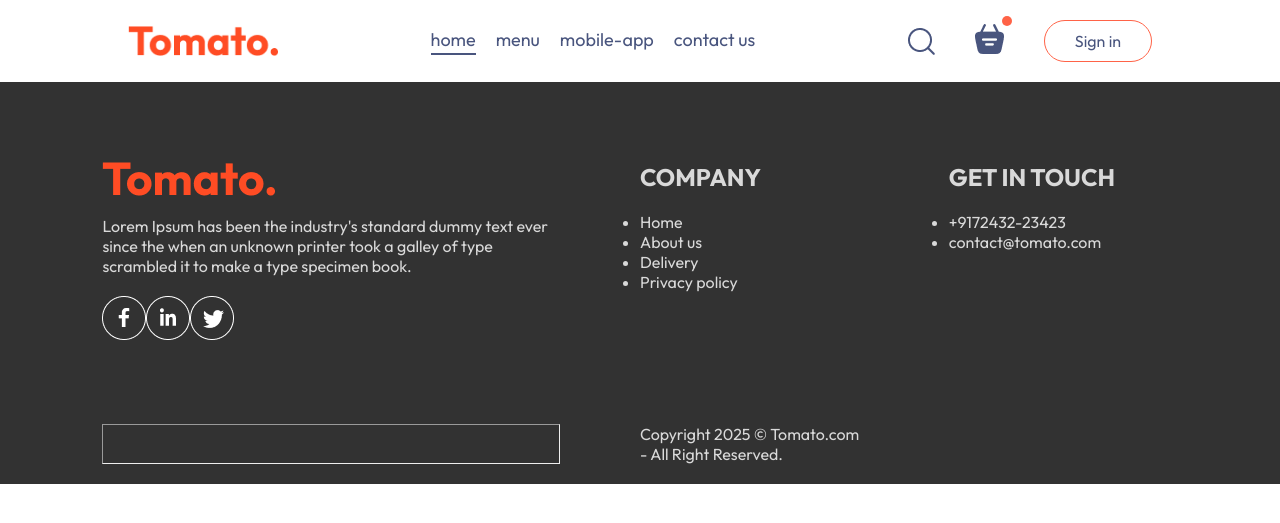
Repository: KartikChouhan03/food-delivery-app
Page: /order (app in frontend/)
These files come from the project's save history. The page is drawn as it stood at one moment and after the next save; the edit follows.
The browser window is 1280 px wide. The pictures show the whole page.
Some web fonts or font styles are not loaded; a fallback is used. The project was rebuilt for these pictures with package versions that can differ from the ones it lists, and the page was loaded fresh each time. Also part of the build but not shown: frontend/vite.config.js, frontend/src/components/Header/Header.css, frontend/src/components/Header/Header.jsx, frontend/src/components/ExploreMenu/ExploreMenu.css, frontend/src/components/ExploreMenu/ExploreMenu.jsx, frontend/src/components/FoodDisplay/FoodDisplay.css, frontend/src/components/FoodItem/FoodItem.css, frontend/src/components/FoodItem/FoodItem.jsx and 5 more.

Above is the page before, as saved 2025-08-16 11:06:45.

### frontend/index.html
<!doctype html>
<html lang="en">
  <head>
    <meta charset="UTF-8" />
    <link rel="icon" type="image/svg+xml" href="" />
    <meta name="viewport" content="width=device-width, initial-scale=1.0" />
    <title>Foodify</title>
  </head>
  <body>
    <div id="root"></div>
    <script type="module" src="/src/main.jsx"></script>
  </body>
</html>

### frontend/src/main.jsx
import { createRoot } from 'react-dom/client'
import './index.css'
import App from './App.jsx'
import { BrowserRouter} from 'react-router-dom'
import StoreContextProvider from './context/StoreContext.jsx'


createRoot(document.getElementById('root')).render(
  <BrowserRouter>
    <StoreContextProvider>
      <App />
    </StoreContextProvider>
  </BrowserRouter>


)

### frontend/src/index.css

@import url('https://fonts.googleapis.com/css2?family=Montserrat:ital,wght@0,100..900;1,100..900&family=Outfit:wght@100..900&family=Playfair+Display:ital,wght@0,400..900;1,400..900&display=swap');


*{
  padding: 0;
  margin: 0;
  box-sizing: border-box;
  font-family: Outfit;
}

body{
  min-height: 100vh;
}

a{
  text-decoration: none;
  color: inherit;
}

.app{
  width: 80%;
  margin: auto;
}

@keyframes fadeIn{
  0%{
    opacity: 0;
  }
  100%{
    opacity: 1;
  }
}

### frontend/src/App.jsx
import React from 'react'
import Navbar from './components/Navbar/Navbar'
import { Route, Routes } from 'react-router-dom'
import Home from './pages/Home/Home'
import Cart from './pages/Cart/Cart'
import PlaceOrder from './pages/PlaceOrder/PlaceOrder'
import Footer from './components/Footer/Footer'


const App = () => {
  return (
    <>
      <div className='app'>
        <Navbar/>
        <Routes>
          <Route path="/" element={<Home />} />
          <Route path="/cart" element={<Cart />} />
          <Route path="/order" element={<PlaceOrder/>} />
        </Routes>
      </div>
      <Footer/>
    </>

  )
}

export default App

### frontend/src/context/StoreContext.jsx
import { createContext, useEffect, useState } from "react";
import { food_list } from "../assets/assets";


export const StoreContext = createContext(null)

const StoreContextProvider = (props) =>{

    const [cartItems, setCartItems] = useState({});

    const addToCart =(itemId)=>{
        if(!cartItems[itemId]){
            setCartItems((prev)=>({...prev,[itemId]:1}))
        }
        else{
            setCartItems((prev)=>({...prev,[itemId]:prev[itemId]+1}))
        }
    }

    const removeFromCart =(itemId) =>{
        setCartItems((prev)=>({...prev,[itemId]:prev[itemId]-1}))
    }

    useEffect(()=>{
        console.log(cartItems);
    },[cartItems])


    const contextValue = {
        food_list,
        cartItems,
        setCartItems,
        addToCart,
        removeFromCart,
    }



    return (
        <StoreContext.Provider value ={contextValue}>
            {props.children}
        </StoreContext.Provider>
    )

}

export default StoreContextProvider;

### frontend/src/components/Navbar/Navbar.jsx
import React, { useState } from 'react'
import './Navbar.css'
import {assets} from '../../assets/assets.js'


const Navbar = () => {

  const [menu,setMenu] = useState("home");


  return (
    <div className='navbar'>
      <img className='logo' src={assets.logo} alt="" />
      <ul className='navbar-menu'>
        <li onClick={()=>setMenu("home")} className={menu==="home"?"active":""}>home</li>
        <li onClick={()=>setMenu("menu")} className={menu==="menu"?"active":""}>menu</li>
        <li onClick={()=>setMenu("mobile-app")} className={menu==="mobile-app"?"active":""}>mobile-app</li>
        <li onClick={()=>setMenu("contact-us")} className={menu==="contact-us"?"active":""}>contact us</li>
      </ul>
      <div className="navbar-right">
        <img src={assets.search_icon} alt="" />
        <div className='navbar-search-icon'>
          <img src={assets.basket_icon} alt="" />
          <div className='dot'></div>
        </div>
        <button>Sign in</button>
      </div>
    </div>
  )
}

export default Navbar

### frontend/src/components/Footer/Footer.jsx
import React from 'react'
import './Footer.css'
import { assets } from '../../assets/assets'

const Footer = () => {
  return (
    <div className='footer' id='footer'>
      <div className="footer-content">
        <div className="footer-content-left">
            <img src={assets.logo} alt="" />
            <p>Lorem Ipsum has been the industry's standard dummy text ever since the when an unknown printer took a galley of type scrambled it to make a type specimen book.</p>
            <div className="footer-social-icons">
                <img src={assets.facebook_icon} alt="" />
                <img src={assets.linkedin_icon} alt="" />
                <img src={assets.twitter_icon} alt="" />
            </div>
        </div>
        <div className='footer-content-center'>
            <h2>COMPANY</h2>
            <ul>
                <li>Home</li>
                <li>About us</li>
                <li>Delivery</li>
                <li>Privacy policy</li>
            </ul>
        </div>
        <div className="footer-content-right">
            <h2>GET IN TOUCH</h2>
            <ul>
                <li>+9172432-23423</li>
                <li>contact@tomato.com</li>
            </ul>
        </div>
        <hr />
        <p className='footer-copyright'>Copyright 2025 © Tomato.com - All Right Reserved.</p>
      </div>
    </div>
  )
}

export default Footer

### frontend/src/assets/assets.js
import basket_icon from './basket_icon.png'
import logo from './logo.png'
import header_img from './header_img.png'
import search_icon from './search_icon.png'
import menu_1 from './menu_1.png'
import menu_2 from './menu_2.png'
import menu_3 from './menu_3.png'
import menu_4 from './menu_4.png'
import menu_5 from './menu_5.png'
import menu_6 from './menu_6.png'
import menu_7 from './menu_7.png'
import menu_8 from './menu_8.png'

import food_1 from './food_1.png'
import food_2 from './food_2.png'
import food_3 from './food_3.png'
import food_4 from './food_4.png'
import food_5 from './food_5.png'
import food_6 from './food_6.png'
import food_7 from './food_7.png'
import food_8 from './food_8.png'
import food_9 from './food_9.png'
import food_10 from './food_10.png'
import food_11 from './food_11.png'
import food_12 from './food_12.png'
import food_13 from './food_13.png'
import food_14 from './food_14.png'
import food_15 from './food_15.png'
import food_16 from './food_16.png'
import food_17 from './food_17.png'
import food_18 from './food_18.png'
import food_19 from './food_19.png'
import food_20 from './food_20.png'
import food_21 from './food_21.png'
import food_22 from './food_22.png'
import food_23 from './food_23.png'
import food_24 from './food_24.png'
import food_25 from './food_25.png'
import food_26 from './food_26.png'
import food_27 from './food_27.png'
import food_28 from './food_28.png'
import food_29 from './food_29.png'
import food_30 from './food_30.png'
import food_31 from './food_31.png'
import food_32 from './food_32.png'

import add_icon_white from './add_icon_white.png'
import add_icon_green from './add_icon_green.png'
import remove_icon_red from './remove_icon_red.png'
import app_store from './app_store.png'
import play_store from './play_store.png'
import linkedin_icon from './linkedin_icon.png'
import facebook_icon from './facebook_icon.png'
import twitter_icon from './twitter_icon.png'
import cross_icon from './cross_icon.png'
import selector_icon from './selector_icon.png'
import rating_starts from './rating_starts.png'
import profile_icon from './profile_icon.png'
import bag_icon from './bag_icon.png'
import logout_icon from './logout_icon.png'
import parcel_icon from './parcel_icon.png'

export const assets = {
    logo,
    basket_icon,
    header_img,
    search_icon,
    rating_starts,
    add_icon_green,
    add_icon_white,
    remove_icon_red,
    app_store,
    play_store,
    linkedin_icon,
    facebook_icon,
    twitter_icon,
    cross_icon,
    selector_icon,
    profile_icon,
    logout_icon,
    bag_icon,
    parcel_icon
}

export const menu_list = [
    {
        menu_name: "Salad",
        menu_image: menu_1
    },
    {
        menu_name: "Rolls",
        menu_image: menu_2
    },
    {
        menu_name: "Deserts",
        menu_image: menu_3
    },
    {
        menu_name: "Sandwich",
        menu_image: menu_4
    },
    {
        menu_name: "Cake",
        menu_image: menu_5
    },
    {
        menu_name: "Pure Veg",
        menu_image: menu_6
    },
    {
        menu_name: "Pasta",
        menu_image: menu_7
    },
    {
        menu_name: "Noodles",
        menu_image: menu_8
    }]

export const food_list = [
    {
        _id: "1",
        name: "Greek salad",
        image: food_1,
        price: 12,
        description: "Food provides essential nutrients for overall health and well-being",
        category: "Salad"
    },
    {
        _id: "2",
        name: "Veg salad",
        image: food_2,
        price: 18,
        description: "Food provides essential nutrients for overall health and well-being",
        category: "Salad"
    }, {
        _id: "3",
        name: "Clover Salad",
        image: food_3,
        price: 16,
        description: "Food provides essential nutrients for overall health and well-being",
        category: "Salad"
    }, {
        _id: "4",
        name: "Chicken Salad",
        image: food_4,
        price: 24,
        description: "Food provides essential nutrients for overall health and well-being",
        category: "Salad"
    }, {
        _id: "5",
        name: "Lasagna Rolls",
        image: food_5,
        price: 14,
        description: "Food provides essential nutrients for overall health and well-being",
        category: "Rolls"
    }, {
        _id: "6",
        name: "Peri Peri Rolls",
        image: food_6,
        price: 12,
        description: "Food provides essential nutrients for overall health and well-being",
        category: "Rolls"
    }, {
        _id: "7",
        name: "Chicken Rolls",
        image: food_7,
        price: 20,
        description: "Food provides essential nutrients for overall health and well-being",
        category: "Rolls"
    }, {
        _id: "8",
        name: "Veg Rolls",
        image: food_8,
        price: 15,
        description: "Food provides essential nutrients for overall health and well-being",
        category: "Rolls"
    }, {
        _id: "9",
        name: "Ripple Ice Cream",
        image: food_9,
        price: 14,
        description: "Food provides essential nutrients for overall health and well-being",
        category: "Deserts"
    }, {
        _id: "10",
        name: "Fruit Ice Cream",
        image: food_10,
        price: 22,
        description: "Food provides essential nutrients for overall health and well-being",
        category: "Deserts"
    }, {
        _id: "11",
        name: "Jar Ice Cream",
        image: food_11,
        price: 10,
        description: "Food provides essential nutrients for overall health and well-being",
        category: "Deserts"
    }, {
        _id: "12",
        name: "Vanilla Ice Cream",
        image: food_12,
        price: 12,
        description: "Food provides essential nutrients for overall health and well-being",
        category: "Deserts"
    },
    {
        _id: "13",
        name: "Chicken Sandwich",
        image: food_13,
        price: 12,
        description: "Food provides essential nutrients for overall health and well-being",
        category: "Sandwich"
    },
    {
        _id: "14",
        name: "Vegan Sandwich",
        image: food_14,
        price: 18,
        description: "Food provides essential nutrients for overall health and well-being",
        category: "Sandwich"
    }, {
        _id: "15",
        name: "Grilled Sandwich",
        image: food_15,
        price: 16,
        description: "Food provides essential nutrients for overall health and well-being",
        category: "Sandwich"
    }, {
        _id: "16",
        name: "Bread Sandwich",
        image: food_16,
        price: 24,
        description: "Food provides essential nutrients for overall health and well-being",
        category: "Sandwich"
    }, {
        _id: "17",
        name: "Cup Cake",
        image: food_17,
        price: 14,
        description: "Food provides essential nutrients for overall health and well-being",
        category: "Cake"
    }, {
        _id: "18",
        name: "Vegan Cake",
        image: food_18,
        price: 12,
        description: "Food provides essential nutrients for overall health and well-being",
        category: "Cake"
    }, {
        _id: "19",
        name: "Butterscotch Cake",
        image: food_19,
        price: 20,
        description: "Food provides essential nutrients for overall health and well-being",
        category: "Cake"
    }, {
        _id: "20",
        name: "Sliced Cake",
        image: food_20,
        price: 15,
        description: "Food provides essential nutrients for overall health and well-being",
        category: "Cake"
    }, {
        _id: "21",
        name: "Garlic Mushroom ",
        image: food_21,
        price: 14,
        description: "Food provides essential nutrients for overall health and well-being",
        category: "Pure Veg"
    }, {
        _id: "22",
        name: "Fried Cauliflower",
        image: food_22,
        price: 22,
        description: "Food provides essential nutrients for overall health and well-being",
        category: "Pure Veg"
    }, {
        _id: "23",
        name: "Mix Veg Pulao",
        image: food_23,
        price: 10,
        description: "Food provides essential nutrients for overall health and well-being",
        category: "Pure Veg"
    }, {
        _id: "24",
        name: "Rice Zucchini",
        image: food_24,
        price: 12,
        description: "Food provides essential nutrients for overall health and well-being",
        category: "Pure Veg"
    },
    {
        _id: "25",
        name: "Cheese Pasta",
        image: food_25,
        price: 12,
        description: "Food provides essential nutrients for overall health and well-being",
        category: "Pasta"
    },
    {
        _id: "26",
        name: "Tomato Pasta",
        image: food_26,
        price: 18,
        description: "Food provides essential nutrients for overall health and well-being",
        category: "Pasta"
    }, {
        _id: "27",
        name: "Creamy Pasta",
        image: food_27,
        price: 16,
        description: "Food provides essential nutrients for overall health and well-being",
        category: "Pasta"
    }, {
        _id: "28",
        name: "Chicken Pasta",
        image: food_28,
        price: 24,
        description: "Food provides essential nutrients for overall health and well-being",
        category: "Pasta"
    }, {
        _id: "29",
        name: "Buttter Noodles",
        image: food_29,
        price: 14,
        description: "Food provides essential nutrients for overall health and well-being",
        category: "Noodles"
    }, {
        _id: "30",
        name: "Veg Noodles",
        image: food_30,
        price: 12,
        description: "Food provides essential nutrients for overall health and well-being",
        category: "Noodles"
    }, {
        _id: "31",
        name: "Somen Noodles",
        image: food_31,
        price: 20,
        description: "Food provides essential nutrients for overall health and well-being",
        category: "Noodles"
    }, {
        _id: "32",
        name: "Cooked Noodles",
        image: food_32,
        price: 15,
        description: "Food provides essential nutrients for overall health and well-being",
        category: "Noodles"
    }
]

### frontend/src/components/Navbar/Navbar.css
.navbar{
    padding: 20px 0px;
    display: flex;
    justify-content: space-between;
    align-items: center;
}

.navbar .logo{
    width: 150px;
}

.navbar-menu{
    display: flex;
    list-style: none;
    gap: 20px;
    color: #49557e;
    font-size: 18px;
}

.navbar-right{
    display: flex;
    align-items: center;
    gap: 40px;
}

.navbar button{
    background: transparent;
    font-size: 16px;
    color: #49557e;
    border: 1px solid tomato;
    padding: 10px 30px;
    border-radius: 50px;
    cursor: pointer;
    transition: 0.4s;
}

.navbar button:hover{
    background-color: #fff4f2;
}

.navbar .active{
    padding-bottom: 2px;
    border-bottom: 2px solid #49557e;
}

.navbar li{
    cursor: pointer;
}

.navbar-search-icon {
    position: relative;
}

.navbar-search-icon .dot{
    position: absolute;
    min-width: 10px;
    min-height: 10px;
    background-color: tomato;
    border-radius:5px ;
    top: -8px;
    right: -8px;
}

### frontend/src/components/Footer/Footer.css
.footer{
    color: #d9d9d9;
    background-color: #323232;
    display: flex;
    flex-direction: column;
    align-items: center;
    gap: 20px;
    padding: 20px 8vw;
    padding-top: 80px ;

}

.footer-content{
    width: 100%;
    display: grid;
    grid-template-columns: 2fr 1fr 1fr;
    gap: 80px;
}

.footer-content-left, .footer-content-right, .footer-content-center{
    display: flex;
    flex-direction: column;
    align-items:start ;
    gap: 20px;
}

Loaded but not shown: frontend/src/pages/PlaceOrder/PlaceOrder.jsx (common file); frontend/src/pages/Home/Home.css (no stored copy; drawn as an empty file)

After the next save:
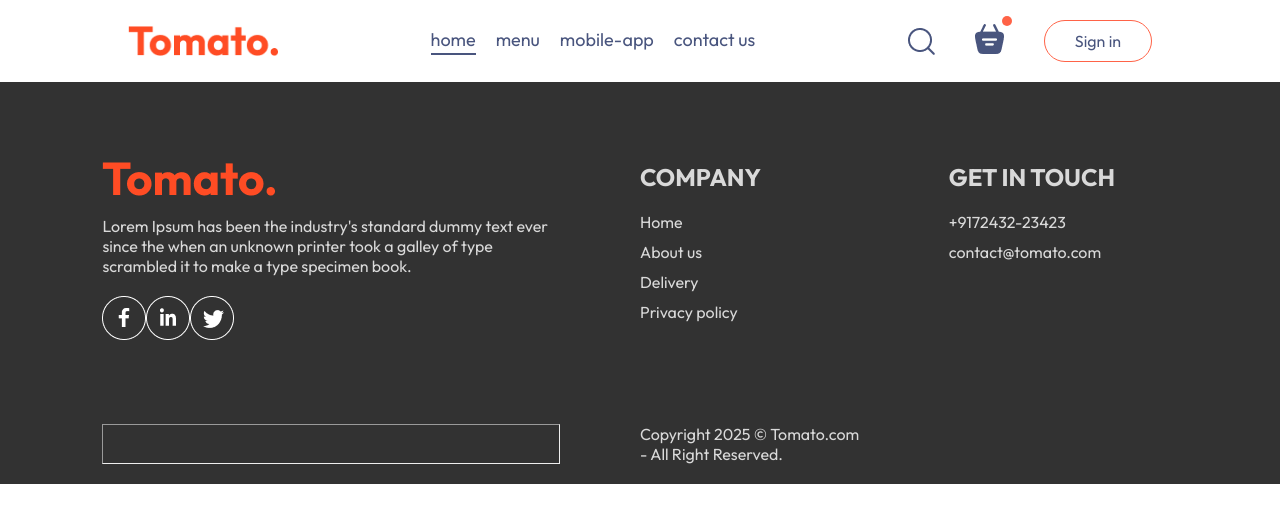
Saved 92 s later.
--- a/frontend/src/components/Footer/Footer.css
+++ b/frontend/src/components/Footer/Footer.css
@@ -23,3 +23,9 @@
     align-items:start ;
     gap: 20px;
 }
+
+
+.footer-content-left li, .footer-content-right li , .footer-content-center li{
+    list-style: none;
+    margin-bottom: 10px;
+}
